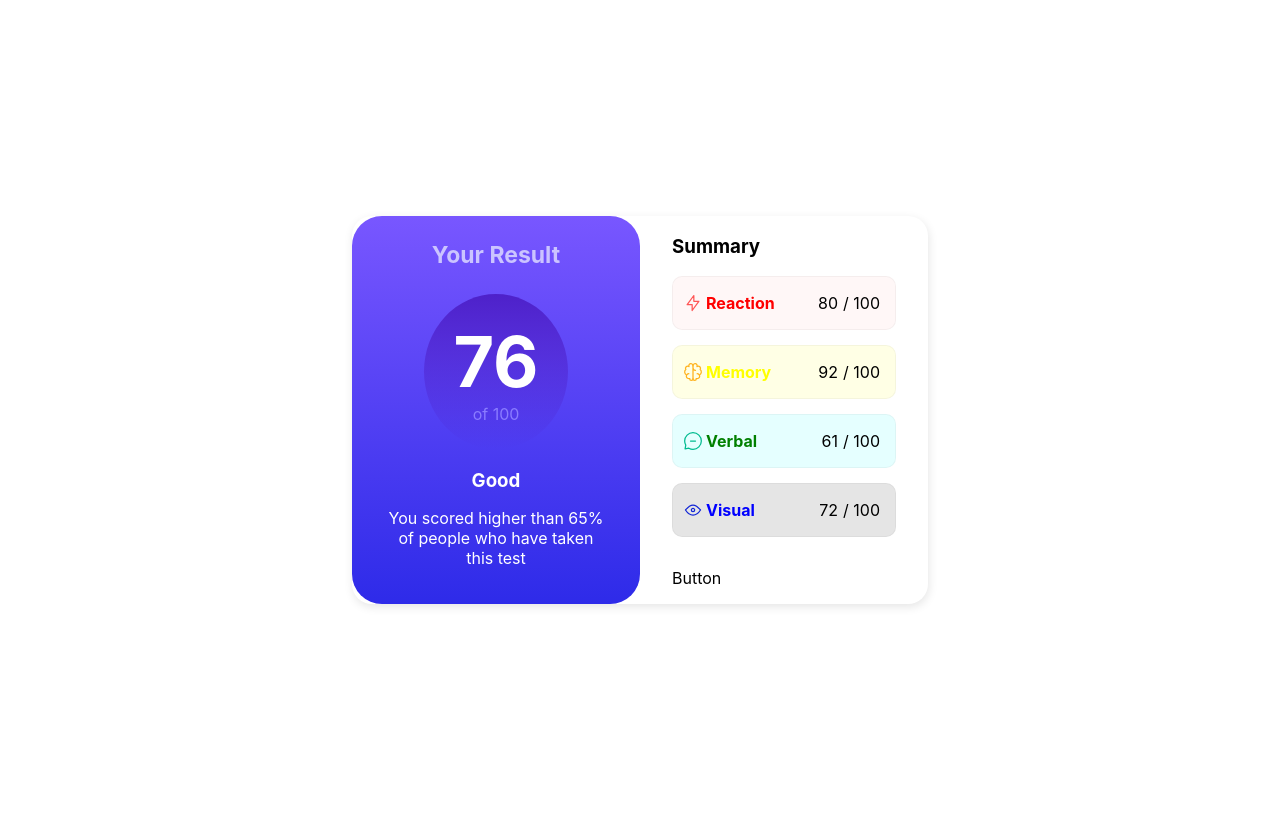
Repository: JeanPaulBassil/Result-Summary-Design
Page: /
The author's editor kept a copy of each file at every save. The page is drawn from the files as they stood at one save, then again after the next save.
The browser window is 1280 px wide. The pictures show the whole page.
The project was rebuilt for these pictures with package versions that can differ from the ones it lists, and the page was loaded fresh each time.

Above is the page before, as saved 2023-02-24 18:07:05.

### src/index.css
body {
  margin: 0;
  font-family: -apple-system, BlinkMacSystemFont, 'Segoe UI', 'Roboto', 'Oxygen',
    'Ubuntu', 'Cantarell', 'Fira Sans', 'Droid Sans', 'Helvetica Neue',
    sans-serif;
  -webkit-font-smoothing: antialiased;
  -moz-osx-font-smoothing: grayscale;
}

code {
  font-family: source-code-pro, Menlo, Monaco, Consolas, 'Courier New',
    monospace;
}

.app{
  width: 45vw;
  height: 50vh;
  box-shadow: 1px 3px 10px rgba(0, 0, 0, .1);
  border-radius: 20px;
  display: block;
  margin: 30vh auto;
  display: grid;
  grid-template-columns: 1fr 1fr;
  height: auto;
}

### src/App.js
import Result from "./Components/Result/Result"
import Summary from "./Components/Summary/Summary"

export default function App() {
    return (
        <div className="app">
            <Result />
            <Summary />
        </div>
    )
};

### src/Components/Result/Result.js
import Description from "../Description/Description";
import Grade from "../Grade/Grade";
import data from "../../data.json";
import "./Result.css"

export default function Result() {
    const score = Math.floor(data.reduce((totalGrade, category) => totalGrade + category.score , 0) / data.length)

    return (
        <div className="result">
            <h3>Your Result</h3>
            <Grade score={score}/>
            <Description score={score}/>
        </div>
    )
};

### src/Components/Summary/Summary.js
import data from "../../data.json"
import './Summary.css'

export default function Summary() {
    const summary = data.map(part => {
        return (
            <div className={`part ${part.color}`}>
                <div>
                    <img className="icon" src={part.icon} alt={part.category}/>
                    <h4>{part.category}</h4>
                </div>
                <div className="secGrade">
                    <p>{part.score}</p>
                    <p>/ 100</p>
                </div>
            </div>
        )
    })

    return (
        <div className="summary">
            <h3>Summary</h3>
            <div>
                {summary}
            </div>
            <p>Button</p>
        </div>
    )
};

### src/Components/Description/Description.js
import "./Description.css"

export default function Description({score}) {
    const performance = _ => {
        if (score >= 90) return ['Excellent', `You scored higher than 85% of people who have taken this test`]
        else if (score >= 80) return ['Great', `You scored higher than 75% of people who have taken this test`]
        else if (score >= 70) return ['Good', `You scored higher than 65% of people who have taken this test`]
        else if (score >= 60) return ['Not enough', `You're above nearly half the people who have taken this test`]
        else return ['Fail', `Most people who have taken this test passed over you`]
    }

    return (
        <div className="description">
            <h3>{performance()[0]}</h3>
            <p>{performance()[1]}</p>
        </div>
    )
};

### src/Components/Grade/Grade.js
import "./Grade.css"

export default function Grade({score}) {
    return (
        <div className="grade">
            <h1>{score}</h1>
            <p>of 100</p>
        </div>
    )
};

### src/data.json


[
  {
    "category": "Reaction",
    "score": 80,
    "icon": "./assets/images/icon-reaction.svg",
    "color": "red"
  },
  {
    "category": "Memory",
    "score": 92,
    "icon": "./assets/images/icon-memory.svg",
    "color": "yellow"
  },
  {
    "category": "Verbal",
    "score": 61,
    "icon": "./assets/images/icon-verbal.svg",
    "color": "green"
  },
  {
    "category": "Visual",
    "score": 72,
    "icon": "./assets/images/icon-visual.svg",
    "color": "blue"
  }
]

### src/Components/Result/Result.css
.result {
    display: grid;
    grid-template-rows: 1fr 2fr 2fr;
    align-items: center;
    justify-items: center;
    height: 100%;
    width: 100%;
    background-image: linear-gradient(to bottom,hsl(252, 100%, 67%), hsl(241, 81%, 54%));
    border-radius: 30px;
    color: white;
}

.result > h3 {
    font-size: 23px;
    color: #cbc4ff;
}

### src/Components/Summary/Summary.css
.part {
    display: flex;
    justify-content: space-between;
    border: 1px solid rgba(0, 0, 0, .04);
    margin-bottom: 15px;
    border-radius: 10px;
    padding: 0 10px;
}

.icon {
    margin-right: 3px
}

.summary {
    padding: 0 2rem;
    display: flex;
    flex-direction: column;
    justify-content: center;
}

.summary > h3 {
    align-self: flex-start;
}

.part > div {
    display: flex;
    align-items: center;
    justify-content: center;
}

.secGrade > p {
    /* display: inline; */
    margin-right: 5px;
}

.red {
    background-color: rgba(255, 0, 0, 0.03);
}

.red > div > h4 {
    margin: 0;
    color: red;
}

.yellow {
    background-color: rgba(255, 255, 0, 0.1);
}

.yellow > div > h4 {
    margin: 0;
    color: yellow;
}

.green {
    background-color: rgba(0, 255, 255, 0.1);
}

.green > div > h4 {
    margin: 0;
    color: green;
}

.blue {
    background-color: rgba(0, 0, 0, 0.1);
}

.blue > div > h4 {
    margin: 0;
    color: blue;
}

### src/Components/Description/Description.css
.description {
    display: flex;
    flex-direction: column;
    align-items: center;
    justify-content: center;
}

.description > p{
    inline-size: 220px;
    text-align: center;
}

.description > h3 {
    margin: 0;
}

### src/Components/Grade/Grade.css
.grade {
    display: flex;
    flex-direction: column;
    justify-content: center;
    align-items: center;
    background-image: linear-gradient(to bottom, hsla(256, 72%, 46%, 1), hsla(241, 72%, 46%, 0));
    border-radius: 50%;
    inline-size: 50%;
    block-size: 100%;
}

.grade > h1 {
    margin: 0;
    font-size: 70px;
}

.grade > p {
    margin: 0;
    color: #8a7cff;
}

Loaded but not shown: public/index.html (common file); src/index.js (common file)

After the next save:
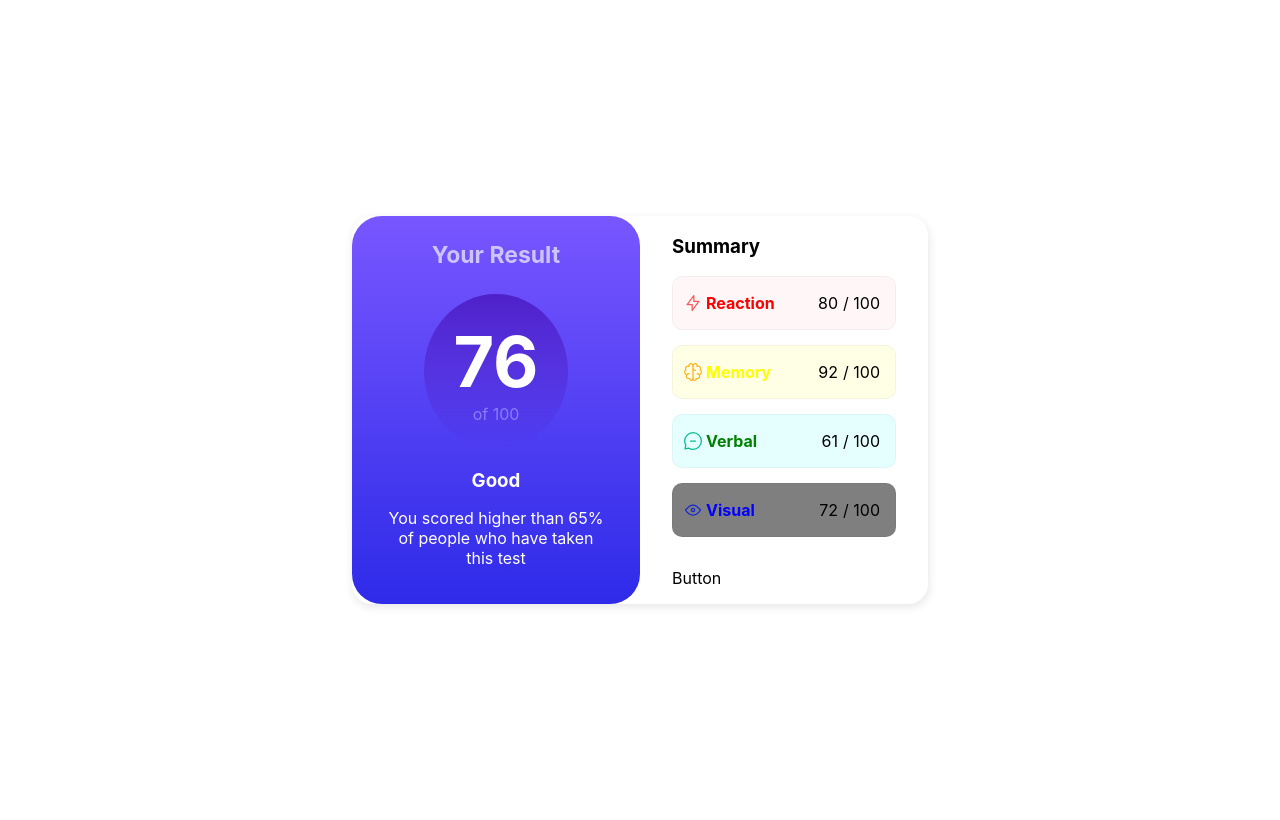
Saved 28 s later.
--- a/src/Components/Summary/Summary.css
+++ b/src/Components/Summary/Summary.css
@@ -61,7 +61,7 @@
 }
 
 .blue {
-    background-color: rgba(0, 0, 0, 0.1);
+    background-color: rgba(0, 0, 0, 0.5);
 }
 
 .blue > div > h4 {
